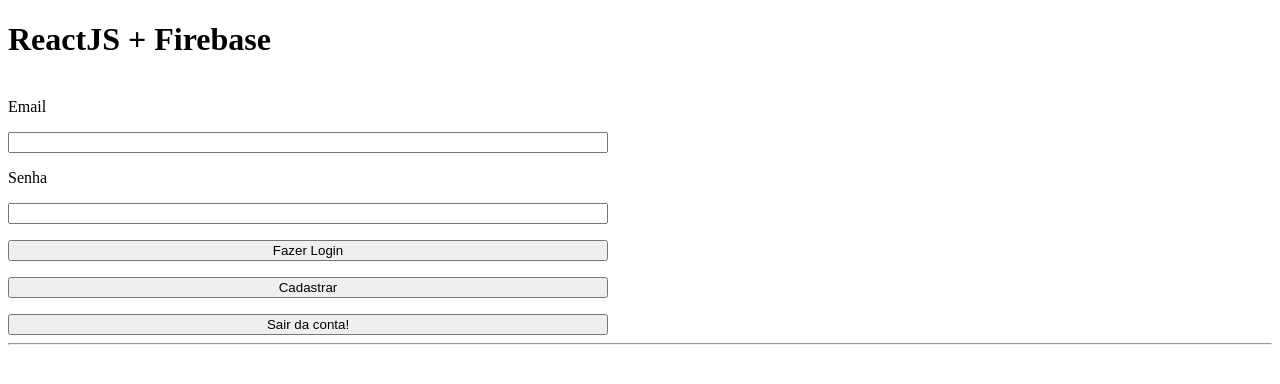
Repository: joaoaspimienta/Estudos-de-firebase
Page: /
An editor plug-in stored every save of this project. The page is shown before and after the next save, followed by the edit.
The browser window is 1280 px wide. The pictures show the whole page.
The project was rebuilt for these pictures with package versions that can differ from the ones it lists, and the page was loaded fresh each time.

Above is the page before, as saved 2022-06-15 09:15:44.

After the next save:
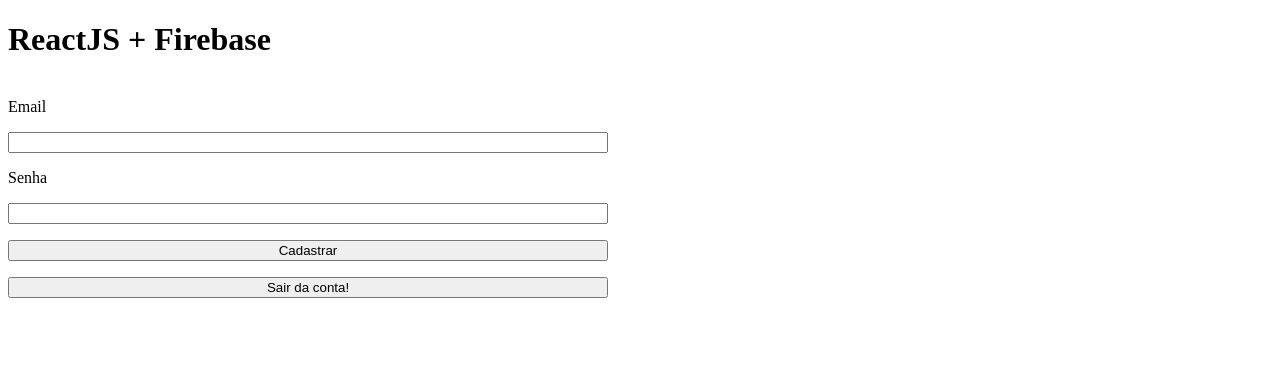
Saved 57 s later.
--- a/src/App.js
+++ b/src/App.js
@@ -181,15 +181,6 @@
   return (
     <div>
       <h1>ReactJS + Firebase</h1>
-      {user && (
-        <div>
-          <strong>Seja bem vindo! (Você está logado!)</strong> <br />
-          <span>
-            {userLogged.uid} - {userLogged.email}
-          </span>{" "}
-          <br /> <br />
-        </div>
-      )}
       <br />
       <div className="container">
         <label>Email</label>
@@ -204,11 +195,9 @@
           value={senha}
           onChange={(e) => setSenha(e.target.value)}
         />
-        <button onClick={fazerLogin}>Fazer Login</button>
         <button onClick={novoUsuario}>Cadastrar</button>
         <button onClick={logout}>Sair da conta!</button>
       </div>
-      <hr /> <br />
     </div>
   );
 }
